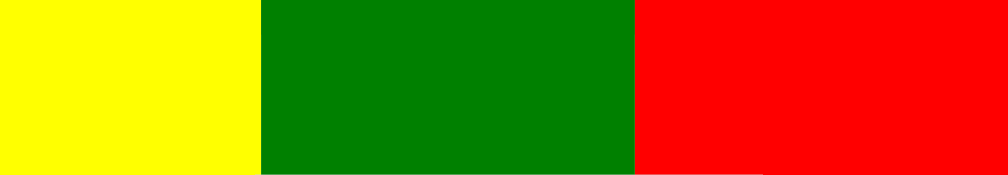
Repository: motiejus1/13-paskaita-05.31
Page: index.html
These files come from the project's save history. The page is drawn as it stood at one moment and after the next save; the edit follows.
The browser window is 1280 px wide. The page is 1440 px wide, so the pictures cover 1440 px, including what lies to the right of the window. The pictures show the part of the page from y = 958 to 2678 px (the page is 1208 px tall before and 5008 px after), at 70% of full size.

Above is the page before, as saved 2021-06-21 19:56:00.

After the next save:
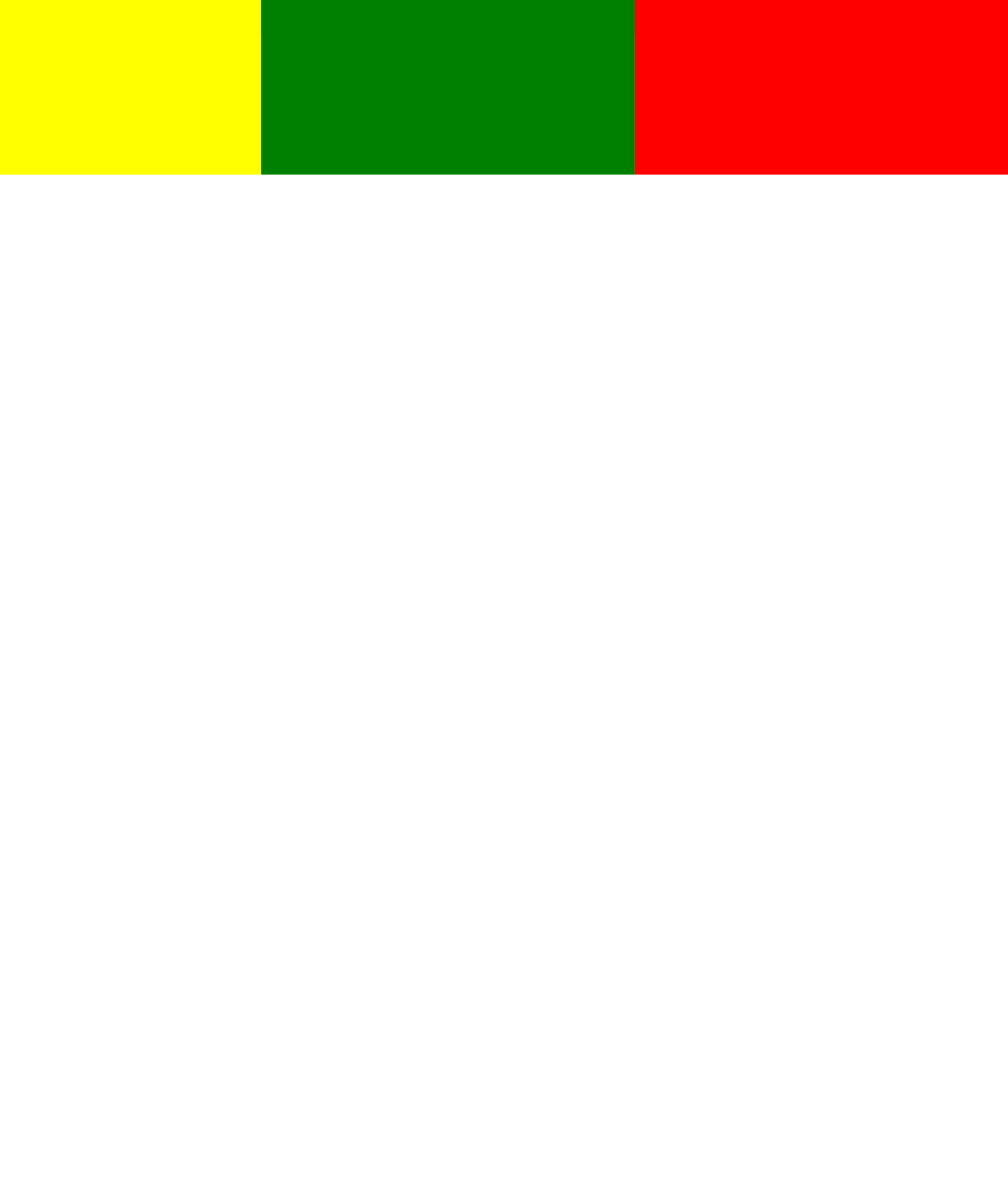
Saved 6 s later.
--- a/index.html
+++ b/index.html
@@ -29,7 +29,7 @@
         }
 
         .footer {
-            height:
+            height: 5000px;
         }
 
         .zalia {
